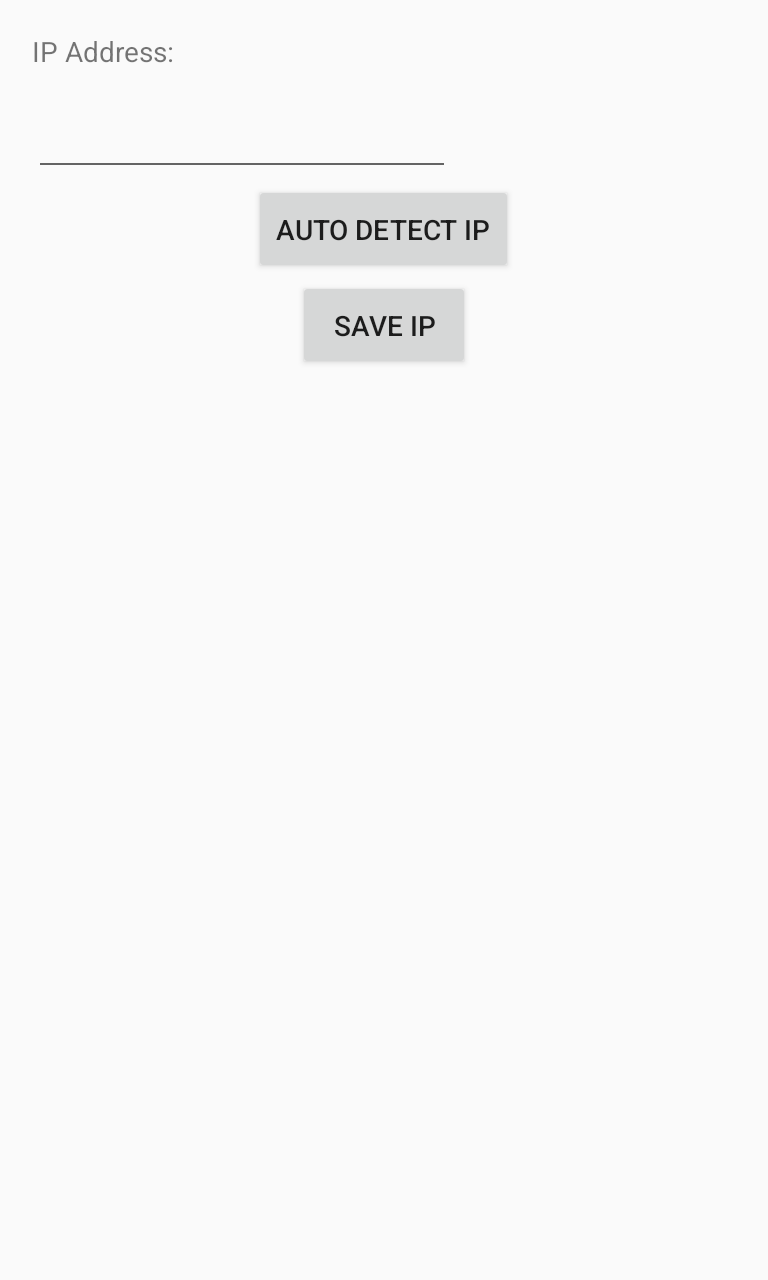
Repository: mariusz-pazur/android
Layout: HomeAtionClient/res/layout/fragment_settings.xml
The author's editor kept a copy of each file at every save. The layout is drawn from the files as they stood at one save, then again after the next save.
It is drawn on a 768 x 1280 px phone screen (xhdpi) without system bars, with theme AppTheme; the app's code is not run.

Above is the layout before, as saved 2014-06-06 12:03:11.

After the next save:
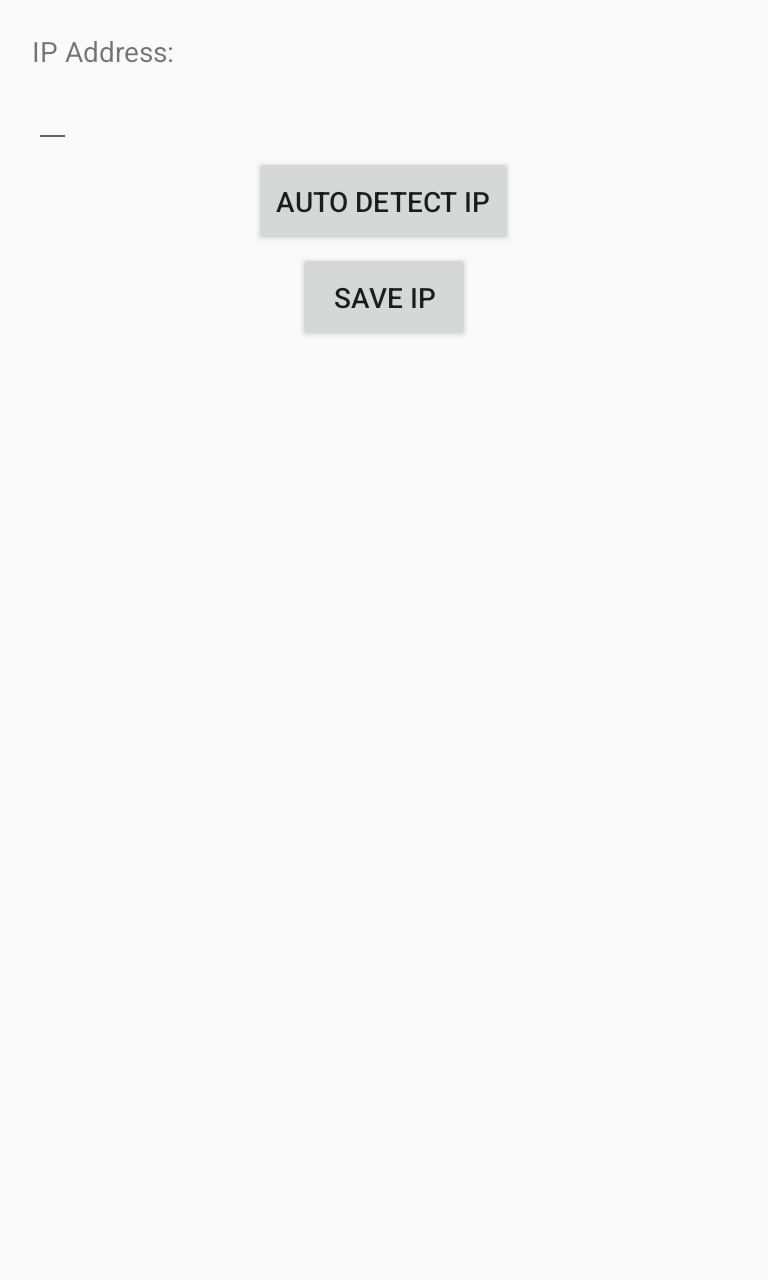
Saved 18 s later.
--- a/HomeAtionClient/res/layout/fragment_settings.xml
+++ b/HomeAtionClient/res/layout/fragment_settings.xml
@@ -20,8 +20,7 @@
         android:layout_height="wrap_content"
         android:layout_alignLeft="@+id/label_ipaddress"
         android:layout_below="@+id/label_ipaddress"
-        android:layout_marginTop="14dp"
-        android:ems="10"
+        android:layout_centerHorizontal="true"
         android:inputType="text" >
     </EditText>
 
